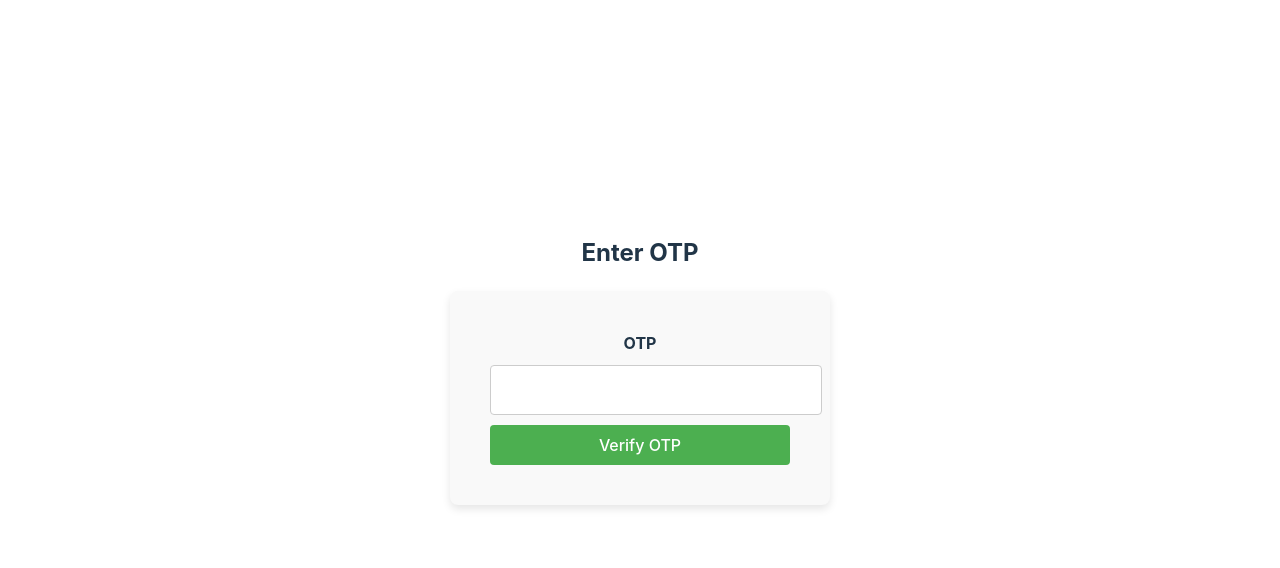
Repository: sarathraj2002/MockTest
Page: /check (app in Frontend/)
The author's editor kept a copy of each file at every save. The page is drawn from the files as they stood at one save, then again after a run of saves.
The browser window is 1280 px wide. The pictures show the whole page.
The project was rebuilt for these pictures with package versions that can differ from the ones it lists, and the page was loaded fresh each time. Also part of the build but not shown: Frontend/vite.config.js, Frontend/src/components/Otp.jsx, Frontend/src/components/Home.jsx.

Above is the page before, as saved 2024-11-13 17:14:24.

### Frontend/index.html
<!doctype html>
<html lang="en">
  <head>
    <meta charset="UTF-8" />
    <link rel="icon" type="image/svg+xml" href="/vite.svg" />
    <meta name="viewport" content="width=device-width, initial-scale=1.0" />
    <title>MockTest</title>
  </head>
  <body>
    <div id="root"></div>
    <script type="module" src="/src/main.jsx"></script>
  </body>
</html>

### Frontend/src/main.jsx
import { StrictMode } from 'react'
import { createRoot } from 'react-dom/client'
import App from './App.jsx'
import './index.css'
import { BrowserRouter } from 'react-router-dom'


createRoot(document.getElementById('root')).render(
  <StrictMode>
     <BrowserRouter>
    <App />
    </BrowserRouter>
  </StrictMode>,
)

### Frontend/src/App.jsx
import { useState } from 'react'
import './App.css'
import Otp from './components/Otp'
import { Home } from './components/Home'
import { Route,Routes,useNavigate } from 'react-router-dom'
import Mail from './components/Mail'

function App() {
  const [email, setEmail] = useState('');
  const navigate = useNavigate();
  const handleEmailSubmit=(email)=>{
    setEmail(email);
    navigate('/check');
  }


  return (
    <>
    <Routes>
      <Route path='/' element={<Otp onEmailSubmit={handleEmailSubmit}/>}></Route>
      <Route path='/check' element={<Mail/>}></Route>
      <Route path='/home' element={<Home/>}></Route>
    </Routes>
    </>
  )
}

export default App

### Frontend/src/components/Mail.jsx
import React, { useState } from 'react';
import axios from 'axios';
import { useNavigate } from 'react-router-dom';

function OTPForm({ email, onOTPVerify }) {
  const [otp, setOtp] = useState('');
  const [errorMessage, setErrorMessage] = useState('');
  const navigate = useNavigate();

  const handleSubmit = async (e) => {
    e.preventDefault();

    try {
      const response = await axios.post('http://localhost:5000/api/verify-otp', {
        otp
      });
      const data = response.data;

      if (data.valid) {
        navigate('/home');
      } else {
        setErrorMessage(data.message || 'Invalid OTP. Please try again.');
      }
    } catch (error) {
      console.error('Error verifying OTP:', error);
      setErrorMessage('An error occurred while verifying OTP.');
    }
  };

  const formStyle = {
    width: '300px',
    margin: '0 auto',
    padding: '40px',
    backgroundColor: '#f9f9f9',
    borderRadius: '8px',
    boxShadow: '0 4px 8px rgba(0, 0, 0, 0.1)',
  };

  const inputStyle = {
    width: '100%',
    padding: '15px',
    margin: '10px 0',
    borderRadius: '4px',
    border: '1px solid #ccc',
    fontSize: '16px',
  };

  const buttonStyle = {
    width: '100%',
    padding: '10px',
    backgroundColor: '#4CAF50',
    color: 'white',
    fontSize: '16px',
    border: 'none',
    borderRadius: '4px',
    cursor: 'pointer',
  };

  const buttonHoverStyle = {
    backgroundColor: '#45a049',
  };

  const errorMessageStyle = {
    color: 'red',
    marginTop: '10px',
    textAlign: 'center',
  };

  return (
    <div style={{ padding: '50px 20px', textAlign: 'center' }}>
      <h2 style={{ marginBottom: '20px' }}>Enter OTP</h2>
      <form onSubmit={handleSubmit} style={formStyle}>
        <label style={{ fontSize: '16px', fontWeight: 'bold', marginBottom: '10px' }}>OTP</label>
        <input
          type="text"
          value={otp}
          onChange={(e) => setOtp(e.target.value)}
          required
          maxLength="4"
          style={inputStyle}
        />
        <button type="submit" style={buttonStyle} onMouseEnter={(e) => e.target.style.backgroundColor = buttonHoverStyle.backgroundColor} onMouseLeave={(e) => e.target.style.backgroundColor = buttonStyle.backgroundColor}>
          Verify OTP
        </button>
      </form>
      {errorMessage && <p style={errorMessageStyle}>{errorMessage}</p>}
    </div>
  );
}

export default OTPForm;

Loaded but not shown: Frontend/src/index.css (common file); Frontend/src/App.css (common file)

After the next 3 saves:
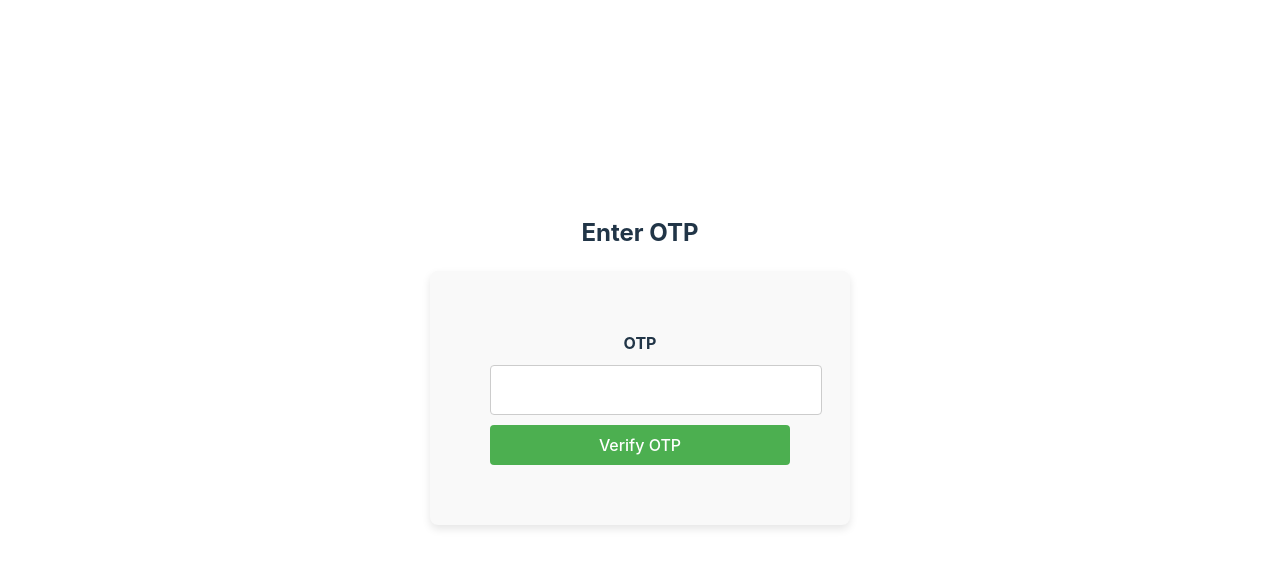
The 3 saves are shown as one change because they came seconds apart.
The last was saved 17 s later.
--- a/Frontend/src/components/Mail.jsx
+++ b/Frontend/src/components/Mail.jsx
@@ -30,7 +30,7 @@ function OTPForm({ email, onOTPVerify }) {
   const formStyle = {
     width: '300px',
     margin: '0 auto',
-    padding: '40px',
+    padding: '60px',
     backgroundColor: '#f9f9f9',
     borderRadius: '8px',
     boxShadow: '0 4px 8px rgba(0, 0, 0, 0.1)',
